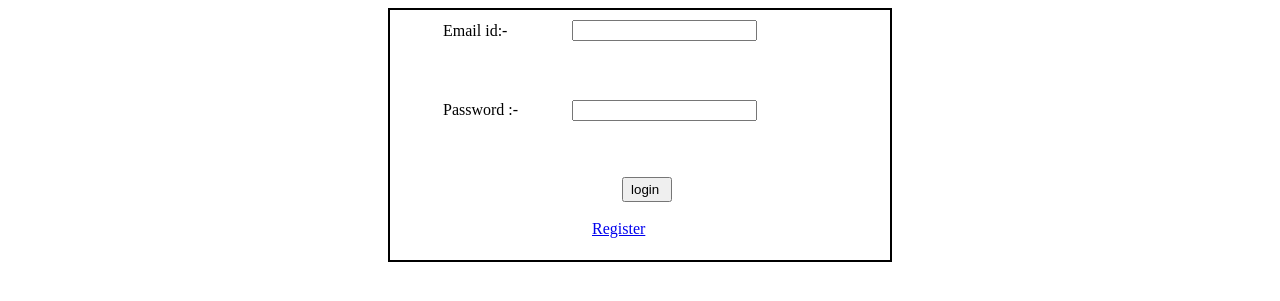
Repository: ShivrajMPujari/ServletApplication
Page: http://localhost/LoginRegistration/
These files come from the project's save history. The page is drawn as it stood at one moment and after the next save; the edit follows.
The browser window is 1280 px wide. The pictures show the whole page.
The page is served by Tomcat 9. Other server files are loaded and not shown.

Above is the page before, as saved 2018-07-11 05:52:49.
Console error: TypeError: document.getElementByName is not a function

### LoginRegistration/src/main/webapp/index.jsp
<!DOCTYPE html>
<html>
<head>
<meta charset="UTF-8">
<title>Insert title here</title>
<link rel="stylesheet" href="index.css"/>

<script type="text/javascript">

var email = document.getElementByName("emailId");
var password = document.getElementByName("password");

function validation(){





}



</script>


</head>
<body>

<div class="tableDiv">
<form action="login" method="get">
<table class="loginTabel" >
<tr>
	<td> Email id:- </td> <td> <input type="email" name="emailId" required/></td>
</tr>
<tr><td colspan="2"><span id="emailMsg"></span></td></tr>
<tr>
	<td>Password :- </td> <td> <input type="password" name="password" required/> </td>
</tr>
<tr><td colspan="2"><span id="passwordMsg"></span></td></tr>
<tr>
<td colspan="2"  class="submitButton"  > <input class="btn"type="submit" value="login " /></td>
</tr>

<tr>
<td colspan="2" class="register"><a href="Registration.jsp">Register</a></td>
</tr>
</table>
</form>
</div>
</body>
</html>

### LoginRegistration/src/main/webapp/index.css
@CHARSET "UTF-8";

.tableDiv{
	height:250px;
	width:500px;
	margin:auto;
	border:2px solid black;
}
.loginTabel{

	height:240px;
	width:480px;
	margin:auto;
	padding-left: 40px;

}
tr,td{
	height: 35px;

}
.submitButton{
	padding-left:180px;

}
.btn{
	height: 25px;
	width:50px;
}
.register{

	padding-left:150px;
}

After the next save:
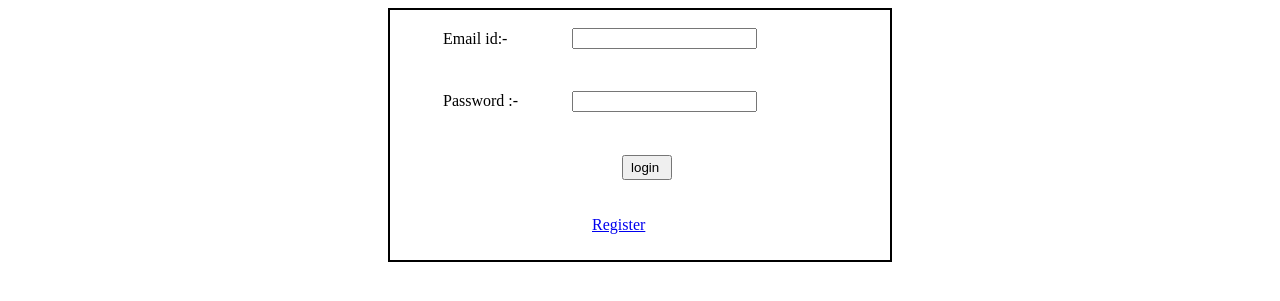
Saved 51 s later.
--- a/LoginRegistration/src/main/webapp/index.css
+++ b/LoginRegistration/src/main/webapp/index.css
@@ -14,10 +14,7 @@
 	padding-left: 40px;
 
 }
-tr,td{
-	height: 35px;
 
-}
 .submitButton{
 	padding-left:180px;
 
